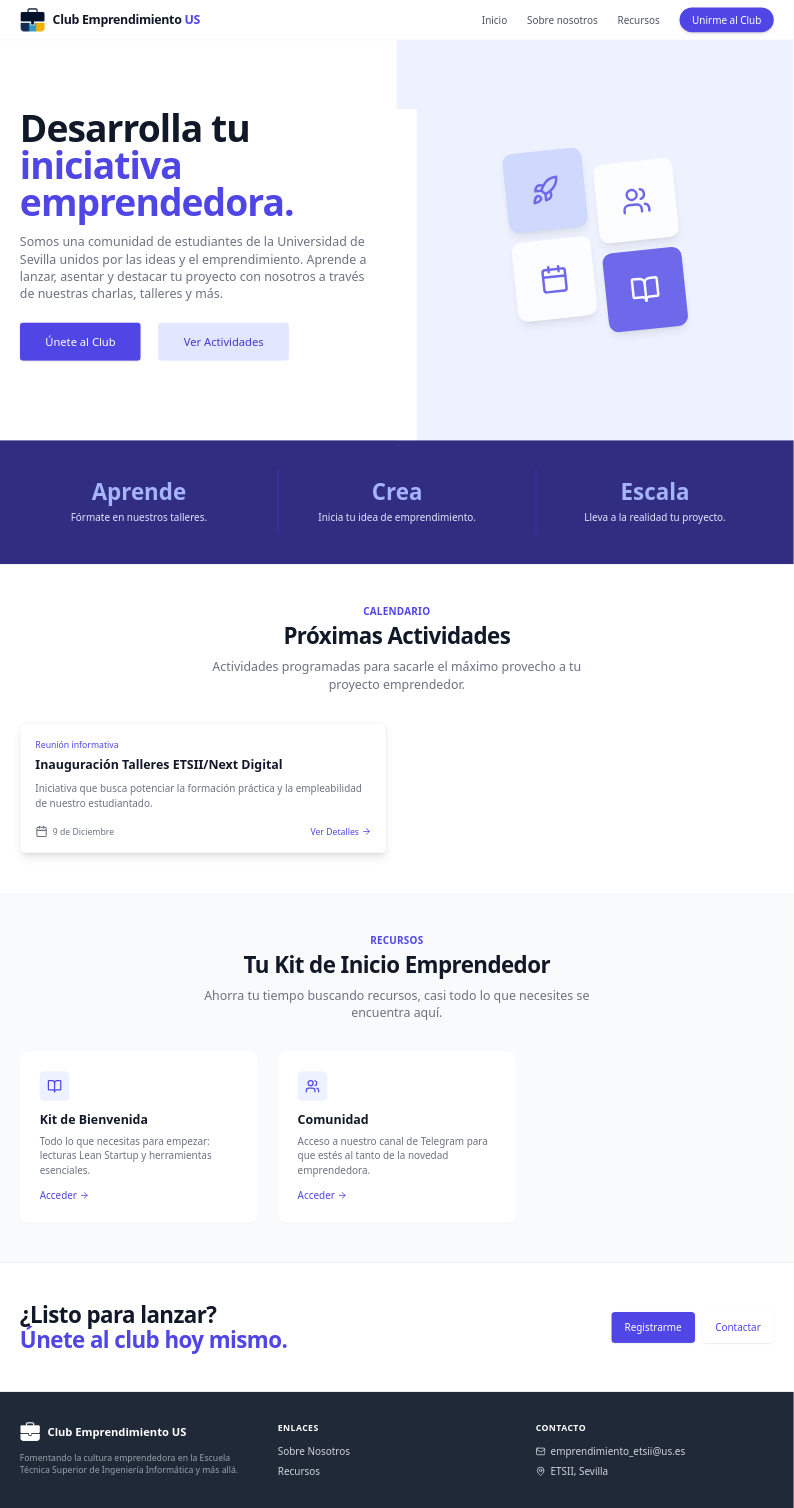
Repository: enerombar/club-emprendimiento-web
Page: /
The author's editor kept a copy of each file at every save. The page is drawn from the files as they stood at one save, then again after the next save.
The browser window is 1280 px wide. The pictures show the whole page, at 62% of full size.
The project was rebuilt for these pictures with package versions that can differ from the ones it lists, and the page was loaded fresh each time. Also part of the build but not shown: vite.config.js.

Above is the page before, as saved 2025-12-08 01:12:13.

### index.html
<!doctype html>
<html lang="en">
  <head>
    <meta charset="UTF-8" />
    <link rel="icon" type="image/svg+xml" href="/logo-club.png" />
    <meta name="viewport" content="width=device-width, initial-scale=1.0" />
    <title>Club Emprendimiento US</title>
  </head>
  <body>
    <div id="root"></div>
    <script type="module" src="/src/main.jsx"></script>
  </body>
</html>

### src/App.jsx
import React, { useState } from 'react';
// He quitado 'Rocket' de la importación porque ya no lo usamos para el logo principal,
// aunque lo dejo importado porque se usa en la sección de "Recursos" y en el fondo decorativo.
import { Rocket, Users, Calendar, BookOpen, ArrowRight, Menu, X, CheckCircle, Mail, MapPin, Clock } from 'lucide-react';

const ClubEmprendimiento = () => {
  const [isMenuOpen, setIsMenuOpen] = useState(false);
  const [selectedEvent, setSelectedEvent] = useState(null);
  const LINK_REGISTRO = "https://tu-formulario-de-registro.com";

  // --- (Tus datos de eventos se mantienen igual) ---
  const upcomingEvents = [
    {
      id: 1,
      title: "Inauguración Talleres ETSII/Next Digital",
      date: "9 de Diciembre",
      time: "12:30",
      location: "Sala Multiusos, ETSII",
      description: "Iniciativa que busca potenciar la formación práctica y la empleabilidad de nuestro estudiantado.",
      fullDescription: "¿Qué ofrecen estos talleres? Durante 2026 se impartirán varios talleres gratuitos, dirigidos por profesionales de la empresa Next Digital. Además, estarán reconocidos con hasta 1-3 créditos, lo que permitirá enriquecer tu portfolio con conocimientos altamente demandados en el sector.",
      agenda: [
        "Presentación del programa de talleres",
      ],
      tag: "Reunión informativa",
      highlight: false
    }
  ];

  const resources = [
    {
      title: "Kit de Bienvenida",
      desc: "Todo lo que necesitas para empezar: lecturas Lean Startup y herramientas esenciales.",
      icon: <BookOpen className="w-6 h-6 text-indigo-600" />
    },
    {
      title: "Comunidad",
      desc: "Acceso a nuestro canal de Telegram para que estés al tanto de la novedad emprendedora.",
      icon: <Users className="w-6 h-6 text-indigo-600" />
    }
  ];

  const openModal = (event) => {
    setSelectedEvent(event);
    document.body.style.overflow = 'hidden';
  };

  const closeModal = () => {
    setSelectedEvent(null);
    document.body.style.overflow = 'auto';
  };

  return (
    <div className="min-h-screen bg-gray-50 font-sans text-gray-900">

      {/* --- NAVBAR --- */}
      <nav className="bg-white shadow-sm sticky top-0 z-50">
        <div className="max-w-7xl mx-auto px-4 sm:px-6 lg:px-8">
          <div className="flex justify-between h-16">
            <div className="flex items-center">
              <div className="flex-shrink-0 flex items-center gap-3">

                {/* CAMBIO 1: LOGO PRINCIPAL
                   Reemplaza '/logo-club.png' con la ruta real de tu archivo.
                   'object-contain' asegura que no se deforme.
                */}
                <img
                    src="/logo-club.png"
                    alt="Logo Club Emprendimiento"
                    className="h-10 w-auto object-contain"
                />

                <span className="font-bold text-xl tracking-tight">Club Emprendimiento <span className="text-indigo-600">US</span></span>
              </div>
            </div>

            {/* Desktop Menu */}
            <div className="hidden md:flex items-center space-x-8">
              <a href="#inicio" className="text-gray-600 hover:text-indigo-600 transition">Inicio</a>
              <a href="#sobre-nosotros" className="text-gray-600 hover:text-indigo-600 transition">Sobre nosotros</a>
              <a href="#recursos" className="text-gray-600 hover:text-indigo-600 transition">Recursos</a>
              <a
                href={LINK_REGISTRO}
                target="_blank"
                rel="noopener noreferrer"
                className="bg-indigo-600 text-white px-5 py-2 rounded-full font-medium hover:bg-indigo-700 transition shadow-md"
              >
                Unirme al Club
              </a>
            </div>

            {/* Mobile menu button */}
            <div className="md:hidden flex items-center">
              <button onClick={() => setIsMenuOpen(!isMenuOpen)} className="text-gray-600 hover:text-gray-900 focus:outline-none">
                {isMenuOpen ? <X className="h-6 w-6" /> : <Menu className="h-6 w-6" />}
              </button>
            </div>
          </div>
        </div>

        {/* Mobile Menu */}
        {isMenuOpen && (
          <div className="md:hidden bg-white border-t border-gray-100">
            <div className="px-2 pt-2 pb-3 space-y-1 sm:px-3">
              <a href="#inicio" className="block px-3 py-2 rounded-md text-base font-medium text-gray-700 hover:text-indigo-600 hover:bg-gray-50">Inicio</a>
              <a href="#actividades" className="block px-3 py-2 rounded-md text-base font-medium text-gray-700 hover:text-indigo-600 hover:bg-gray-50">Actividades</a>
              <a href="#recursos" className="block px-3 py-2 rounded-md text-base font-medium text-gray-700 hover:text-indigo-600 hover:bg-gray-50">Recursos</a>
              <a href="#" className="block px-3 py-2 rounded-md text-base font-medium text-indigo-600 font-bold">Unirme ahora</a>
            </div>
          </div>
        )}
      </nav>

      {/* --- HERO SECTION --- */}
      <div id="inicio" className="relative bg-white overflow-hidden">
        <div className="max-w-7xl mx-auto">
          <div className="relative z-10 pb-8 bg-white sm:pb-16 md:pb-20 lg:max-w-2xl lg:w-full lg:pb-28 xl:pb-32">
            <main className="mt-10 mx-auto max-w-7xl px-4 sm:mt-12 sm:px-6 md:mt-16 lg:mt-20 lg:px-8 xl:mt-28">
              <div className="sm:text-center lg:text-left">
                <h1 className="text-4xl tracking-tight font-extrabold text-gray-900 sm:text-5xl md:text-6xl">
                  <span className="block xl:inline">Desarrolla tu </span>{' '}
                  <span className="block text-indigo-600 xl:inline">iniciativa emprendedora.</span>
                </h1>
                <p className="mt-3 text-base text-gray-500 sm:mt-5 sm:text-lg sm:max-w-xl sm:mx-auto md:mt-5 md:text-xl lg:mx-0">
                  Somos una comunidad de estudiantes de la Universidad de Sevilla unidos por las ideas y el emprendimiento. Aprende a lanzar, asentar y destacar tu proyecto con nosotros a través de nuestras charlas, talleres y más.
                </p>
                <div className="mt-5 sm:mt-8 sm:flex sm:justify-center lg:justify-start gap-4">
                  <div className="rounded-md shadow">
                    <a href="#" className="w-full flex items-center justify-center px-8 py-3 border border-transparent text-base font-medium rounded-md text-white bg-indigo-600 hover:bg-indigo-700 md:py-4 md:text-lg md:px-10">
                      Únete al Club
                    </a>
                  </div>
                  <div className="mt-3 sm:mt-0 sm:ml-3">
                    <a href="#actividades" className="w-full flex items-center justify-center px-8 py-3 border border-transparent text-base font-medium rounded-md text-indigo-700 bg-indigo-100 hover:bg-indigo-200 md:py-4 md:text-lg md:px-10">
                      Ver Actividades
                    </a>
                  </div>
                </div>
              </div>
            </main>
          </div>
        </div>
        <div className="lg:absolute lg:inset-y-0 lg:right-0 lg:w-1/2 bg-indigo-50 flex items-center justify-center">
            {/* Placeholder visual - Aquí mantengo el cohete porque es decorativo, no es el logo */}
            <div className="relative w-full h-64 sm:h-72 md:h-96 lg:h-full flex items-center justify-center p-10">
                <div className="grid grid-cols-2 gap-4 opacity-80 transform -rotate-6">
                    <div className="w-32 h-32 bg-indigo-200 rounded-2xl flex items-center justify-center shadow-lg"><Rocket className="w-12 h-12 text-indigo-600"/></div>
                    <div className="w-32 h-32 bg-white rounded-2xl flex items-center justify-center shadow-lg mt-8"><Users className="w-12 h-12 text-indigo-600"/></div>
                    <div className="w-32 h-32 bg-white rounded-2xl flex items-center justify-center shadow-lg -mt-8"><Calendar className="w-12 h-12 text-indigo-600"/></div>
                    <div className="w-32 h-32 bg-indigo-600 rounded-2xl flex items-center justify-center shadow-lg"><BookOpen className="w-12 h-12 text-white"/></div>
                </div>
            </div>
        </div>
      </div>

      {/* --- STATS / MANTRA --- */}
      <div className="bg-indigo-900 text-white py-12">
        <div className="max-w-7xl mx-auto px-4 sm:px-6 lg:px-8">
          <div className="grid grid-cols-1 md:grid-cols-3 gap-8 text-center">
            <div className="p-4">
              <div className="text-4xl font-bold text-indigo-300 mb-2">Aprende</div>
              <div className="text-indigo-100">Fórmate en nuestros talleres.</div>
            </div>
            <div className="p-4 border-l-0 md:border-l border-indigo-700">
              <div className="text-4xl font-bold text-indigo-300 mb-2">Crea</div>
              <div className="text-indigo-100">Inicia tu idea de emprendimiento.</div>
            </div>
            <div className="p-4 border-l-0 md:border-l border-indigo-700">
              <div className="text-4xl font-bold text-indigo-300 mb-2">Escala</div>
              <div className="text-indigo-100">Lleva a la realidad tu proyecto.</div>
            </div>
          </div>
        </div>
      </div>

      {/* --- ACTIVIDADES --- */}
      <div id="actividades" className="py-16 bg-white">
        <div className="max-w-7xl mx-auto px-4 sm:px-6 lg:px-8">
          <div className="text-center">
            <h2 className="text-base text-indigo-600 font-semibold tracking-wide uppercase">Calendario</h2>
            <p className="mt-2 text-3xl leading-8 font-extrabold tracking-tight text-gray-900 sm:text-4xl">
              Próximas Actividades
            </p>
            <p className="mt-4 max-w-2xl text-xl text-gray-500 mx-auto">
              Actividades programadas para sacarle el máximo provecho a tu proyecto emprendedor.
            </p>
          </div>

          <div className="mt-12 grid gap-8 md:grid-cols-2 lg:grid-cols-2">
            {upcomingEvents.map((event) => (
              <div
                key={event.id}
                onClick={() => openModal(event)}
                className={`flex flex-col rounded-lg shadow-lg overflow-hidden border cursor-pointer transition-transform hover:scale-105 ${event.highlight ? 'border-indigo-500 ring-2 ring-indigo-200' : 'border-gray-200'}`}
              >
                <div className="flex-1 bg-white p-6 flex flex-col justify-between">
                  <div className="flex-1">
                    <p className="text-sm font-medium text-indigo-600">
                      {event.tag}
                    </p>
                    <div className="block mt-2">
                      <p className="text-xl font-semibold text-gray-900">{event.title}</p>
                      <p className="mt-3 text-base text-gray-500">{event.description}</p>
                    </div>
                  </div>
                  <div className="mt-6 flex items-center justify-between">
                    <div className="flex items-center text-gray-500">
                        <Calendar className="h-5 w-5 mr-2" />
                        <span className="text-sm font-medium">{event.date}</span>
                    </div>
                    <div className="flex items-center text-indigo-600 font-medium text-sm">
                        Ver Detalles <ArrowRight className="ml-1 w-4 h-4" />
                    </div>
                  </div>
                </div>
              </div>
            ))}
          </div>
        </div>
      </div>

      {/* --- MODAL DE DETALLES DEL EVENTO --- */}
      {selectedEvent && (
        <div className="fixed inset-0 z-50 overflow-y-auto" aria-labelledby="modal-title" role="dialog" aria-modal="true">
          <div className="flex items-end justify-center min-h-screen pt-4 px-4 pb-20 text-center sm:block sm:p-0">
            <div
              className="fixed inset-0 bg-gray-500 bg-opacity-75 transition-opacity"
              aria-hidden="true"
              onClick={closeModal}
            ></div>

            <span className="hidden sm:inline-block sm:align-middle sm:h-screen" aria-hidden="true">&#8203;</span>

            <div className="inline-block align-bottom bg-white rounded-lg text-left overflow-hidden shadow-xl transform transition-all sm:my-8 sm:align-middle sm:max-w-lg sm:w-full">
              <div className="bg-white px-4 pt-5 pb-4 sm:p-6 sm:pb-4">
                <div className="sm:flex sm:items-start">
                  <div className="mt-3 text-center sm:mt-0 sm:ml-4 sm:text-left w-full">
                    <div className="flex justify-between items-start">
                        <div>
                            <span className="inline-flex items-center px-2.5 py-0.5 rounded-full text-xs font-medium bg-indigo-100 text-indigo-800 mb-2">
                                {selectedEvent.tag}
                            </span>
                            <h3 className="text-2xl leading-6 font-bold text-gray-900" id="modal-title">
                                {selectedEvent.title}
                            </h3>
                        </div>
                        <button
                            onClick={closeModal}
                            className="bg-white rounded-md text-gray-400 hover:text-gray-500 focus:outline-none"
                        >
                            <X className="h-6 w-6" />
                        </button>
                    </div>

                    <div className="mt-4 bg-gray-50 rounded-lg p-4 grid grid-cols-1 gap-3">
                        <div className="flex items-center text-gray-700">
                            <Calendar className="h-5 w-5 mr-3 text-indigo-600" />
                            <span className="font-medium">{selectedEvent.date}</span>
                        </div>
                        <div className="flex items-center text-gray-700">
                            <Clock className="h-5 w-5 mr-3 text-indigo-600" />
                            <span className="font-medium">{selectedEvent.time}</span>
                        </div>
                        <div className="flex items-center text-gray-700">
                            <MapPin className="h-5 w-5 mr-3 text-indigo-600" />
                            <span className="font-medium">{selectedEvent.location}</span>
                        </div>
                    </div>

                    <div className="mt-4">
                      <h4 className="font-bold text-gray-900 mb-2">Sobre este evento</h4>
                      <p className="text-sm text-gray-600">
                        {selectedEvent.fullDescription}
                      </p>
                    </div>

                    {selectedEvent.agenda && (
                        <div className="mt-4">
                            <h4 className="font-bold text-gray-900 mb-2">Agenda</h4>
                            <ul className="text-sm text-gray-600 space-y-2">
                                {selectedEvent.agenda.map((item, index) => (
                                    <li key={index} className="flex items-start">
                                        <CheckCircle className="h-4 w-4 text-green-500 mr-2 mt-0.5 flex-shrink-0" />
                                        <span>{item}</span>
                                    </li>
                                ))}
                            </ul>
                        </div>
                    )}
                  </div>
                </div>
              </div>
              <div className="bg-gray-50 px-4 py-3 sm:px-6 sm:flex sm:flex-row-reverse">
                <button type="button" className="w-full inline-flex justify-center rounded-md border border-transparent shadow-sm px-4 py-2 bg-indigo-600 text-base font-medium text-white hover:bg-indigo-700 focus:outline-none sm:ml-3 sm:w-auto sm:text-sm">
                  Inscribirme Ahora
                </button>
                <button
                    type="button"
                    className="mt-3 w-full inline-flex justify-center rounded-md border border-gray-300 shadow-sm px-4 py-2 bg-white text-base font-medium text-gray-700 hover:bg-gray-50 focus:outline-none sm:mt-0 sm:ml-3 sm:w-auto sm:text-sm"
                    onClick={closeModal}
                >
                  Cerrar
                </button>
              </div>
            </div>
          </div>
        </div>
      )}

      {/* --- RECURSOS --- */}
      <div id="recursos" className="py-16 bg-gray-50">
        <div className="max-w-7xl mx-auto px-4 sm:px-6 lg:px-8">
          <div className="lg:text-center mb-12">
            <h2 className="text-base text-indigo-600 font-semibold tracking-wide uppercase">Recursos</h2>
            <p className="mt-2 text-3xl leading-8 font-extrabold tracking-tight text-gray-900 sm:text-4xl">
              Tu Kit de Inicio Emprendedor
            </p>
            <p className="mt-4 max-w-2xl text-xl text-gray-500 lg:mx-auto">
              Ahorra tu tiempo buscando recursos, casi todo lo que necesites se encuentra aquí.
            </p>
          </div>

          <div className="grid grid-cols-1 md:grid-cols-3 gap-8">
            {resources.map((item, index) => (
              <div key={index} className="bg-white p-8 rounded-xl shadow-sm hover:shadow-md transition duration-300">
                <div className="bg-indigo-50 w-12 h-12 rounded-lg flex items-center justify-center mb-4">
                  {item.icon}
                </div>
                <h3 className="text-xl font-bold text-gray-900 mb-2">{item.title}</h3>
                <p className="text-gray-500 mb-4">{item.desc}</p>
                <a href="#" className="text-indigo-600 hover:text-indigo-800 font-medium inline-flex items-center">
                  Acceder <ArrowRight className="ml-1 w-4 h-4" />
                </a>
              </div>
            ))}
          </div>
        </div>
      </div>

      {/* --- CTA / FOOTER --- */}
      <div className="bg-white border-t border-gray-200">
        <div className="max-w-7xl mx-auto py-12 px-4 sm:px-6 lg:py-16 lg:px-8 lg:flex lg:items-center lg:justify-between">
          <h2 className="text-3xl font-extrabold tracking-tight text-gray-900 sm:text-4xl">
            <span className="block">¿Listo para lanzar?</span>
            <span className="block text-indigo-600">Únete al club hoy mismo.</span>
          </h2>
          <div className="mt-8 flex lg:mt-0 lg:flex-shrink-0">
            <div className="inline-flex rounded-md shadow">
              <a href="#" className="inline-flex items-center justify-center px-5 py-3 border border-transparent text-base font-medium rounded-md text-white bg-indigo-600 hover:bg-indigo-700">
                Registrarme
              </a>
            </div>
            <div className="ml-3 inline-flex rounded-md shadow">
              <a href="#" className="inline-flex items-center justify-center px-5 py-3 border border-transparent text-base font-medium rounded-md text-indigo-600 bg-white hover:bg-gray-50">
                Contactar
              </a>
            </div>
          </div>
        </div>
      </div>

      <footer className="bg-gray-800 text-gray-300 py-12">
        <div className="max-w-7xl mx-auto px-4 sm:px-6 lg:px-8 grid grid-cols-1 md:grid-cols-3 gap-8">
            <div>
                <div className="flex items-center gap-3 mb-4">
                    {/* CAMBIO 2: LOGO FOOTER
                       Misma lógica, aquí lo ponemos un poco más pequeño (h-8).
                    */}
                    <img
                        src="/logo-club.png"
                        alt="Logo Footer"
                        className="h-8 w-auto object-contain brightness-0 invert"
                        // Nota: 'brightness-0 invert' hace el logo blanco si es negro/color (útil para fondo oscuro)
                        // Si tu logo ya es blanco o tiene colores que se ven bien en oscuro, quita esas clases.
                    />
                    <span className="font-bold text-lg text-white">Club Emprendimiento US</span>
                </div>
                <p className="text-sm text-gray-400">
                    Fomentando la cultura emprendedora en la Escuela Técnica Superior de Ingeniería Informática y más allá.
                </p>
            </div>
            <div>
                <h3 className="text-white font-bold mb-4 uppercase text-sm tracking-wider">Enlaces</h3>
                <ul className="space-y-2">
                    <li><a href="#" className="hover:text-white transition">Sobre Nosotros</a></li>
                    <li><a href="#" className="hover:text-white transition">Recursos</a></li>
                </ul>
            </div>
            <div>
                <h3 className="text-white font-bold mb-4 uppercase text-sm tracking-wider">Contacto</h3>
                <ul className="space-y-2">
                    <li className="flex items-center gap-2"><Mail className="w-4 h-4" />emprendimiento_etsii@us.es</li>
                    <li className="flex items-center gap-2"><MapPin className="w-4 h-4" />ETSII, Sevilla</li>
                </ul>
            </div>
        </div>
      </footer>
    </div>
  );
};

export default ClubEmprendimiento;

Loaded but not shown: src/main.jsx (common file); src/index.css (common file); tailwind.config.js (common file)

After the next save:
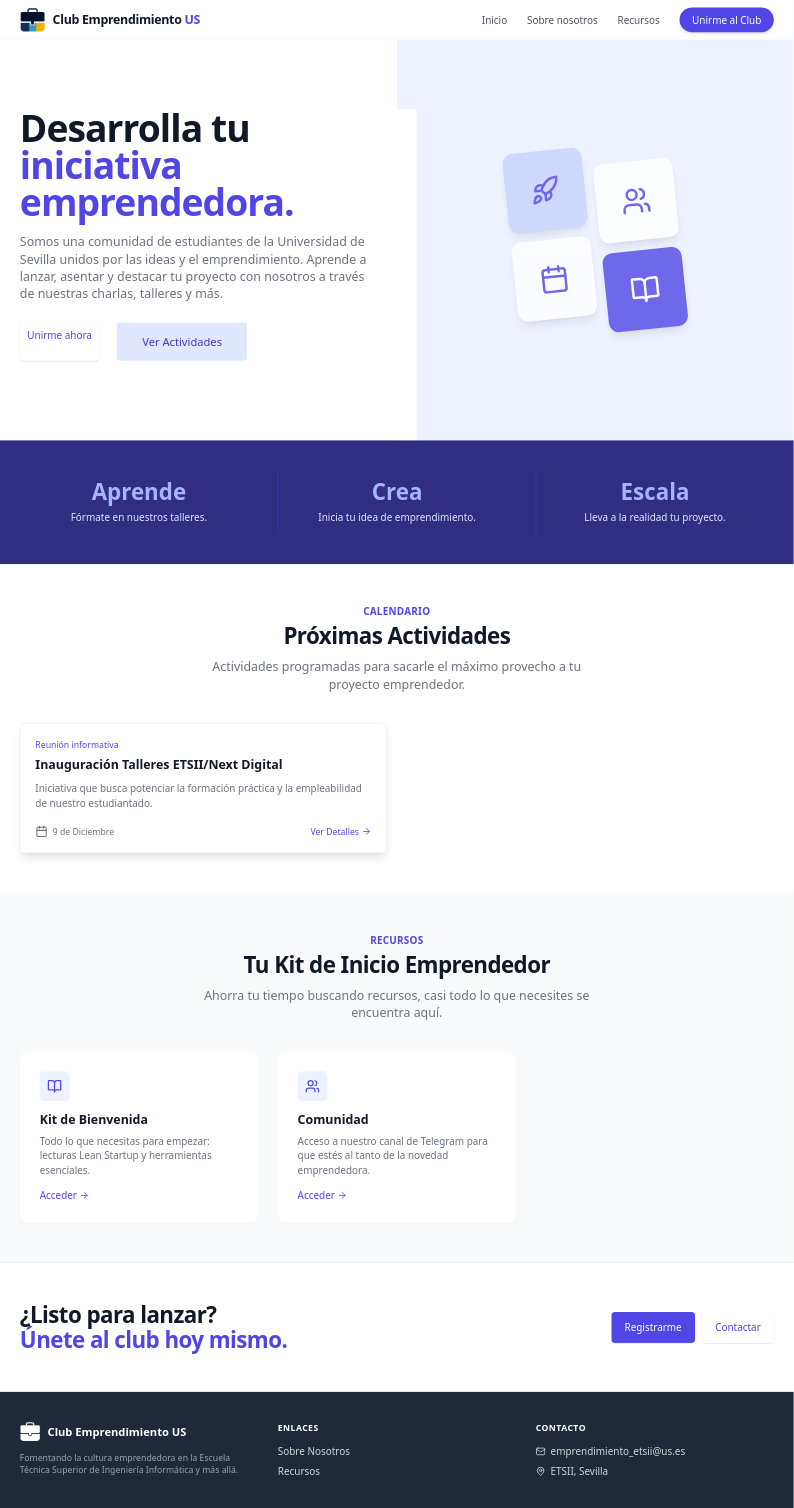
Saved 20 s later.
--- a/src/App.jsx
+++ b/src/App.jsx
@@ -125,9 +125,14 @@ const ClubEmprendimiento = () => {
                 </p>
                 <div className="mt-5 sm:mt-8 sm:flex sm:justify-center lg:justify-start gap-4">
                   <div className="rounded-md shadow">
-                    <a href="#" className="w-full flex items-center justify-center px-8 py-3 border border-transparent text-base font-medium rounded-md text-white bg-indigo-600 hover:bg-indigo-700 md:py-4 md:text-lg md:px-10">
-                      Únete al Club
-                    </a>
+                    <a
+  href={LINK_REGISTRO}
+  target="_blank"
+  rel="noopener noreferrer"
+  className="block px-3 py-2 rounded-md text-base font-medium text-indigo-600 font-bold"
+>
+  Unirme ahora
+</a>
                   </div>
                   <div className="mt-3 sm:mt-0 sm:ml-3">
                     <a href="#actividades" className="w-full flex items-center justify-center px-8 py-3 border border-transparent text-base font-medium rounded-md text-indigo-700 bg-indigo-100 hover:bg-indigo-200 md:py-4 md:text-lg md:px-10">
